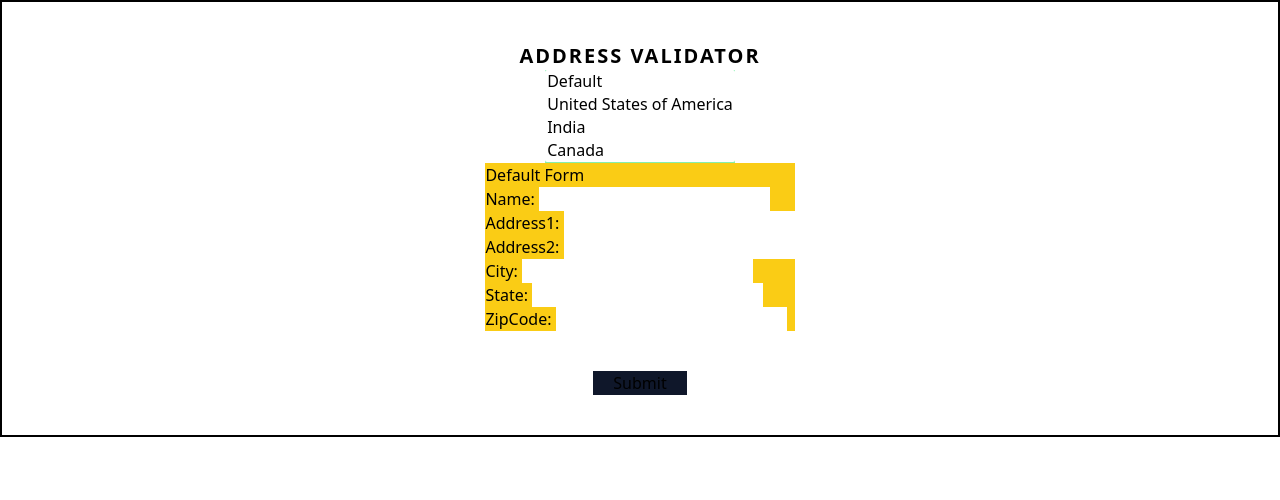
Repository: jay-singhvi/SWArchDesign_TeamProject
Page: / (app in frontend/address-validation/)
An editor plug-in stored every save of this project. The page is shown before and after the next save, followed by the edit.
The browser window is 1280 px wide. The pictures show the whole page.
The project was rebuilt for these pictures with package versions that can differ from the ones it lists, and the page was loaded fresh each time. Also part of the build but not shown: frontend/address-validation/src/App.css.

Above is the page before, as saved 2023-03-07 13:46:55.

### frontend/address-validation/src/App.js

import './App.css';
import React, { useState, setState } from 'react';

// React component for creating and sending POST request
function App() {

  // variables to handle the Request and Response
  const [countryList, setCountryList] = useState("");
  const [formData, setFormData] = useState(null);
  const [responseData, setResponseData] = useState(null);

  // Set of Counries under consideration
  const countries = [
    { name: "Default"},
    { name: "United States of America"},
    { name: "India"},
    { name: "Canada"}
  ];

  // Function to render form based on Countries
  function renderForm() {
    if (countryList.length === 1) {
      console.log(countryList)
        if(countryList.includes("United States of America"))
          return <USAForm setFormData={setFormData} />;
        else if(countryList.includes("India"))
          return <IndiaForm setFormData={setFormData} />;
        else if(countryList.includes("Canada"))
          return <CanadaForm setFormData={setFormData} />;
        else
          return <DefaultForm setFormData={setFormData} />;
    }
    // Renders form for multiple selected countries
    else {
      return <DefaultForm setFormData={setFormData} />
    }
  }

  // Handles selected country and set ths
  function handleSelectedCountry(event) {
    const selectedOptions = Array.from(event.target.selectedOptions);
    const selectedValues = selectedOptions.map(option => option.value);
    setCountryList(selectedValues);
  }

  // Finds address based on the form data
  async function findAddress(event) {
    event.preventDefault();

    // If only one country is selected
    if(countryList.length === 1) {

      //If selected country id default then send country field empty in JSON request
      if(countryList[0] === 'Default')
      {
        countryList[0] = ''
      }
      const updatedFormData = {...formData, "Country": countryList[0]};

      // If form data has Name attribute then search based on name and country
      if(formData !== null && formData.Name !== null){
        try {
          const response = await fetch("http://localhost:5000/api/searchCountriesByClient", {
            method: "POST",
            headers: {
              "Content-Type": "application/json",
            },
            body: JSON.stringify(updatedFormData),
          });

          const data = await response.json();
          setResponseData(data);
        } catch (error) {
          console.error(error);
          setResponseData({ error: "An error occurred" });
        }
      }

      //If name is not mentioned then populate all addresses for that country based on JSON request
      else {
        try {
          const response = await fetch("http://localhost:5000/api/searchCountry", {
            method: "POST",
            headers: {
              "Content-Type": "application/json",
            },
            body: JSON.stringify(updatedFormData),
          });

          const data = await response.json();
          setResponseData(data);
        } catch (error) {
          console.error(error);
          setResponseData({ error: "An error occurred" });
        }
      }
    }
    //If more one country is selected then send the list of countries with JSON request
    else if(countryList.length > 1){
      const updatedFormData = {...formData, "Country": countryList};

      try {
        const response = await fetch("http://localhost:5000//api/searchCountries", {
          method: "POST",
          headers: {
            "Content-Type": "application/json",
          },
          body: JSON.stringify(updatedFormData),
        });

        const data = await response.json();
        setResponseData(data);
      } catch (error) {
        console.error(error);
        setResponseData({ error: "An error occurred" });
      }
    }
    // If only name is mentioned then look for that name in all countries
    else if(formData !== null && formData.Name !== null){
      try {
        const response = await fetch("http://localhost:5000/api/searchCountriesByClient", {
          method: "POST",
          headers: {
            "Content-Type": "application/json",
          },
          body: JSON.stringify(formData),
        });

        const data = await response.json();
        setResponseData(data);
      } catch (error) {
        console.error(error);
        setResponseData({ error: "An error occurred" });
      }
    }
    setFormData({});
  }

  // Give all the options of countries to user for selection
  return (
    <div className=' items-center justify-between min-h-screen  '>
    <div className='  py-10 flex flex-col items-center border-2 border-black'>
      <h1 className=' uppercase tracking-widest font-bold text-xl'>Address Validator</h1>
      <div className=' bg-green-300'>
        <select multiple value={countryList} onChange={handleSelectedCountry}>
          {countries.map((country) => (
            <option key={country.name} value={country.name}>
              {country.name}
            </option>
          ))}
        </select>
      </div>

      {renderForm()}

      <button type="submit" onClick={findAddress} className=" mt-10 bg-slate-900 cursor-pointer px-5">
          Submit
        </button>

      {responseData && (
        <div>
          <h2>Post Result:</h2>
          <pre>{JSON.stringify(responseData, null, 2)}</pre>
        </div>
      )}
      </div>
    </div>

  );
}

// React component to render USA specific form
function USAForm({setFormData}) {
  const [formValues, setFormValues] = useState({});
  function updateForm(event) {
    setFormValues({
      ...formValues,
      [event.target.name]: event.target.value,
    });
    setFormData({
      ...formValues,
      [event.target.name]: event.target.value,
    });
  }

  return (
    <div>
      <form>
        <h2>United States Form</h2>
        Name: <input type="text" name="Name" onChange={updateForm} />
        <br/>
        Address1: <input type="text" name="Address1" onChange={updateForm} />
        <br/>
        Address2: <input type="text" name="Address2" onChange={updateForm} />
        <br/>
        City: <input type="text" name="City" onChange={updateForm} />
        <br/>
        State: <input type="text" name="State" onChange={updateForm} />
        <br/>
        ZipCode: <input type="text" name="Zipcode" onChange={updateForm} />
        <br/>
      </form>
    </div>
  );
}

// React component to render Canada specific form
function CanadaForm({setFormData}) {
  const [formValues, setFormValues] = useState({});
  function updateForm(event) {
    setFormValues({
      ...formValues,
      [event.target.name]: event.target.value,
    });
    setFormData({
      ...formValues,
      [event.target.name]: event.target.value,
    });
  }

  return (
    <div>
      <form>
        <h2>Canada Form</h2>
        Name: <input type="text" name="Name" onChange={updateForm} />
        <br/>
        Address1: <input type="text" name="Address1" onChange={updateForm} />
        <br/>
        Address2: <input type="text" name="Address2" onChange={updateForm} />
        <br/>
        City: <input type="text" name="City" onChange={updateForm} />
        <br/>
        Province: <input type="text" name="State" onChange={updateForm} />
        <br/>
        Postalcode: <input type="text" name="ZipCode" onChange={updateForm} />
      </form>
    </div>
  );
}

// React component to render India specific form
function IndiaForm({setFormData}) {
  const [formValues, setFormValues] = useState({});
  function updateForm(event) {
    setFormValues({
      ...formValues,
      [event.target.name]: event.target.value,
    });
    setFormData({
      ...formValues,
      [event.target.name]: event.target.value,
    });
  }

  return (
    <div>
      <form>
        <h2>India Form</h2>
        Name: <input type="text" name="Name" onChange={updateForm} />
        <br/>
        Street Address: <input type="text" name="Address1" onChange={updateForm} />
        <br/>
        Address2: <input type="text" name="Address2" onChange={updateForm} />
        <br/>
        City: <input type="text" name="City" onChange={updateForm} />
        <br/>
        State: <input type="text" name="State" onChange={updateForm} />
        <br/>
        Pincode: <input type="text" name="ZipCode" onChange={updateForm} />
        <br/>
      </form>
    </div>
  );
}

// React component to render default form
function DefaultForm({setFormData}) {

  const [formValues, setFormValues] = useState({});
  function updateForm(event) {
    setFormValues({
      ...formValues,
      [event.target.name]: event.target.value,
    });
    setFormData({
      ...formValues,
      [event.target.name]: event.target.value,
    });
  }

  return (
    <div className='  bg-yellow-400'>
      <h2>Default Form</h2>
        Name: <input type="text" name="Name" onChange={updateForm} />
        <br/>
        Address1: <input type="text" name="Address1" onChange={updateForm} />
        <br/>
        Address2: <input type="text" name="Address2" onChange={updateForm} />
        <br/>
        City: <input type="text" name="City" onChange={updateForm} />
        <br/>
        State: <input type="text" name="State" onChange={updateForm} />
        <br/>
        ZipCode: <input type="text" name="Zipcode" onChange={updateForm} />
        <br/>
    </div>
  );
}

export default App;

Loaded but not shown: frontend/address-validation/public/index.html (common file); frontend/address-validation/src/index.js (common file); frontend/address-validation/src/index.css (common file); frontend/address-validation/src/reportWebVitals.js (common file); frontend/address-validation/tailwind.config.js (common file)

After the next save:
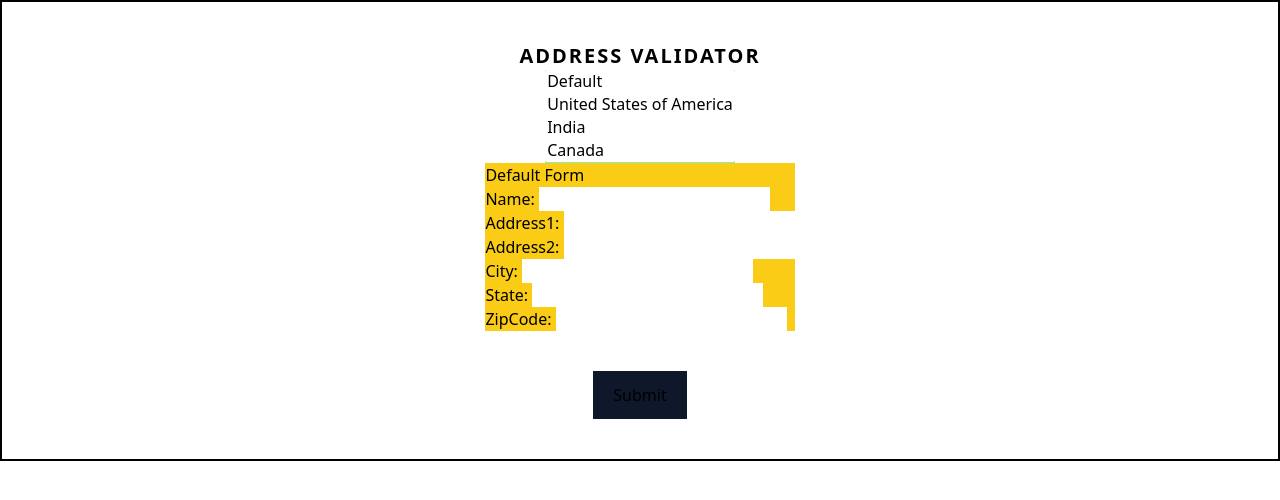
Saved 5 s later.
--- a/frontend/address-validation/src/App.js
+++ b/frontend/address-validation/src/App.js
@@ -154,7 +154,7 @@ function App() {
 
       {renderForm()}
 
-      <button type="submit" onClick={findAddress} className=" mt-10 bg-slate-900 cursor-pointer px-5">
+      <button type="submit" onClick={findAddress} className=" mt-10 bg-slate-900 cursor-pointer px-5 py-3">
           Submit
         </button>
 
